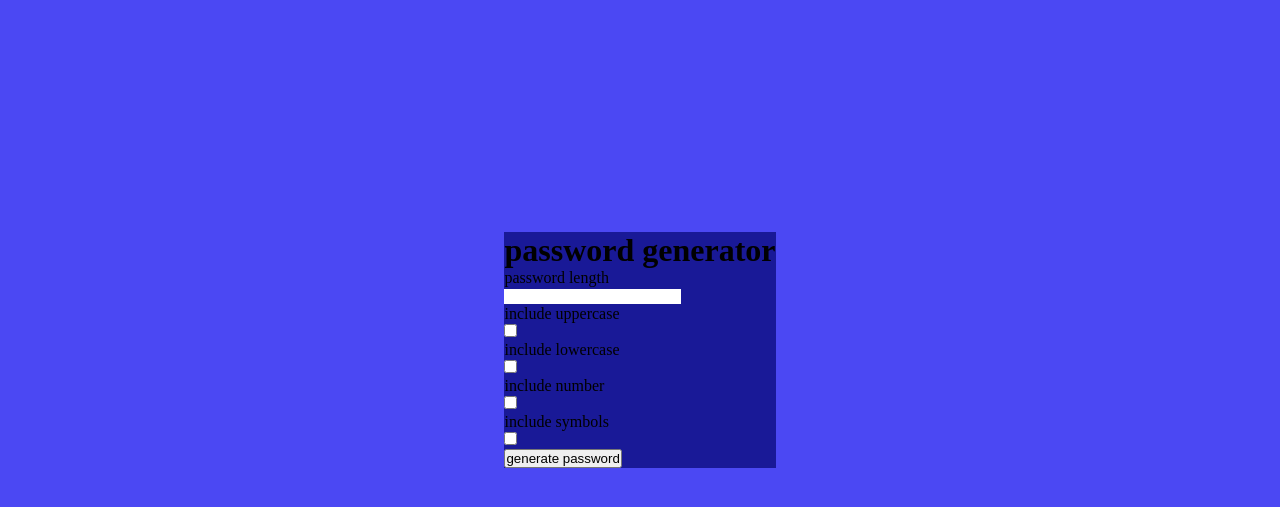
Repository: Eugene44-hub/password-generator
Page: index.html
An editor plug-in stored every save of this project. The page is shown before and after the next save, followed by the edit.
The browser window is 1280 px wide. The pictures show the whole page.

Above is the page before, as saved 2021-09-23 10:28:39.

After the next save:
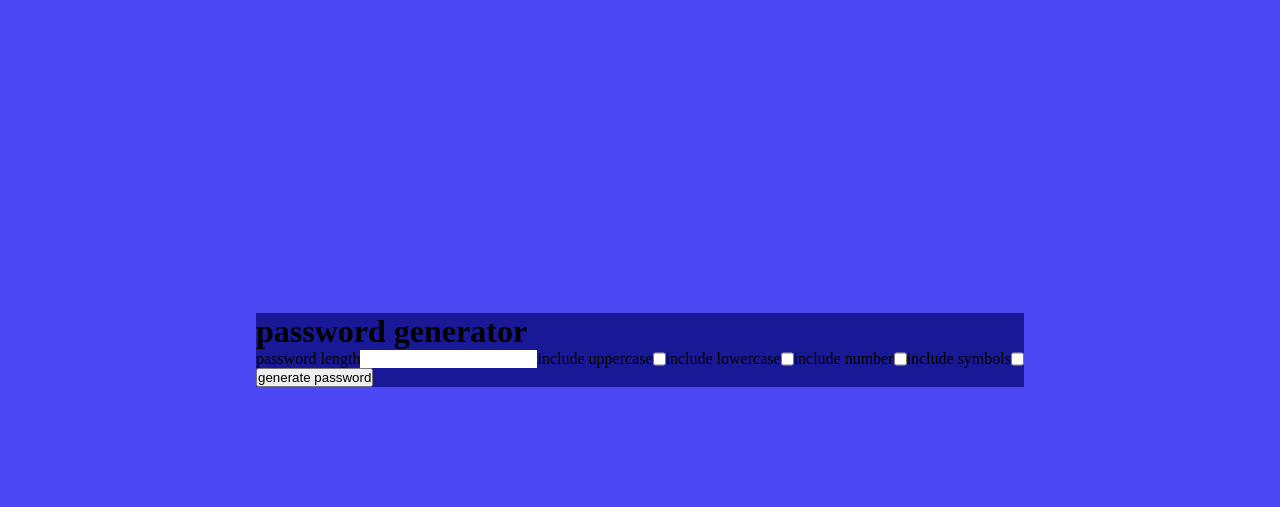
Saved 8 s later.
--- a/style.css
+++ b/style.css
@@ -21,6 +21,6 @@ input {
     outline: none;
 }
 
-.select-option {
+.select-options {
     display: flex;
 }
